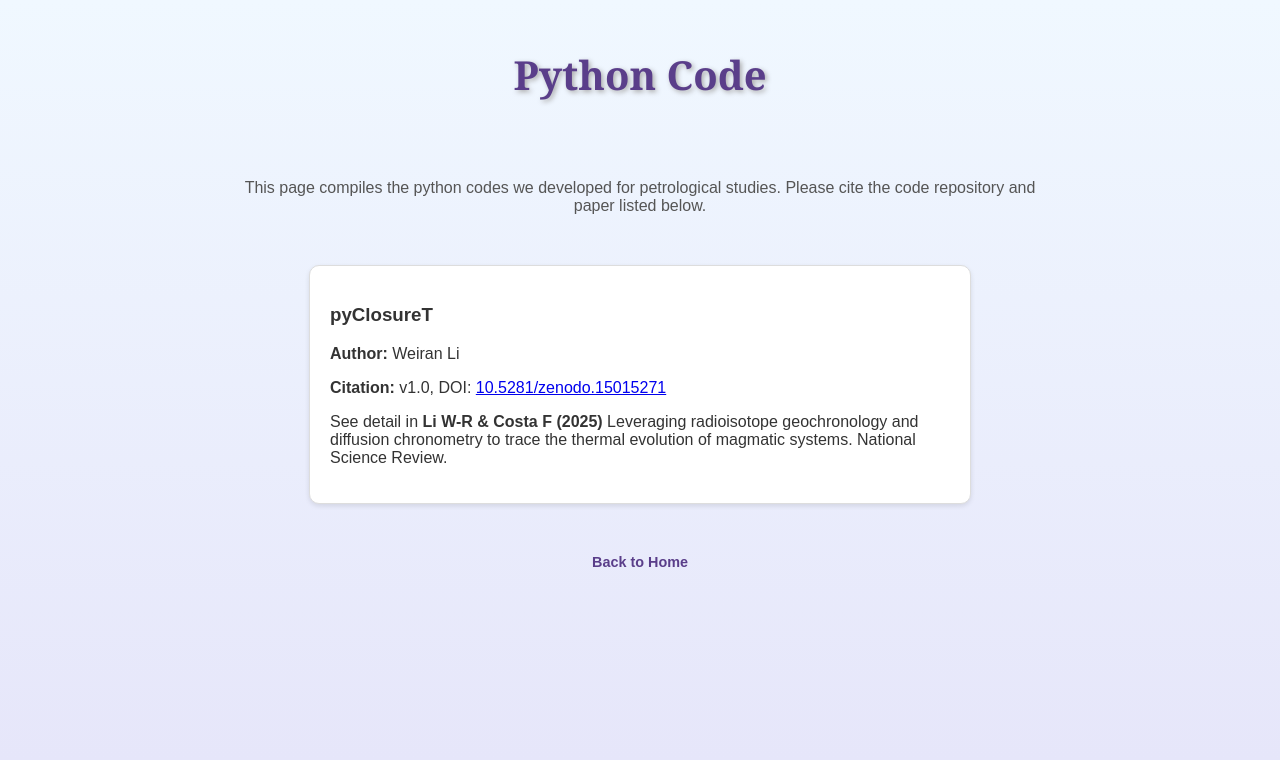
Repository: Abyss2019/home_page
Page: python-code/index.html
These files come from the project's save history. The page is drawn as it stood at one moment and after a run of saves; the edit follows.
The browser window is 1280 px wide. The pictures show the whole page.

Above is the page before, as saved 2025-04-06 10:16:12.

### python-code/index.html
<!DOCTYPE html>
<html lang="en">
<head>
  <meta charset="UTF-8">
  <meta name="viewport" content="width=device-width, initial-scale=1.0">
  <title>Python Code - VROCKLAB</title>
  <style>
    body {
      font-family: Arial, sans-serif;
      margin: 0;
      padding: 0;
      background: linear-gradient(to bottom, #f0f8ff, #e6e6fa);
      color: #333;
      display: flex;
      flex-direction: column;
      align-items: center;
      padding: 20px;
      min-height: 100vh;
    }

    header {
      text-align: center;
      margin-bottom: 30px;
    }

    header h1 {
      font-size: 2.5em;
      font-family: 'Georgia', serif;
      text-shadow: 2px 2px 5px #aaa;
      color: #5a3e8a;
    }

    header h2 {
      font-size: 1.2em;
      margin-top: 5px;
      color: #555;
    }

    .intro, .content {
      font-size: 1em;
      margin: 20px 0;
      text-align: center;
      color: #555;
      max-width: 800px;
    }

    .citation-container {
      display: flex;
      flex-direction: column;
      align-items: center;
      margin-top: 20px;
      width: 50%;
    }

    .citation-card {
      background-color: #fff;
      border: 1px solid #ddd;
      border-radius: 10px;
      padding: 20px;
      margin: 10px 0;
      width: 100%;
      box-shadow: 0 2px 5px rgba(0, 0, 0, 0.1);
    }



    footer {
      margin-top: 40px;
      font-size: 0.9em;
      color: #666;
      text-align: center;
    }

    footer a {
      color: #5a3e8a;
      text-decoration: none;
      font-weight: bold;
    }

    footer a:hover {
      text-decoration: underline;
    }
  </style>
</head>
<body>
  <header>
    <h1>Python Code</h1>
    <!-- <h2>Compiled Python Codes for Petrological Studies</h2> -->
  </header>

  <div class="intro">
    This page compiles the python codes we developed for petrological studies. Please cite the code repository and paper listed below.
  </div>


  <div class="citation-container">
  <div class="citation-card">
    <h3>pyClosureT</h3>
    <p><strong>Author:</strong> Weiran Li</p>
    <p><strong>Citation:</strong> v1.0, DOI: <a href="https://doi.org/10.5281/zenodo.15015271" target="_blank">10.5281/zenodo.15015271</a></p>
    <p>See detail in <strong>Li W-R &amp; Costa F (2025)</strong> Leveraging radioisotope geochronology and diffusion chronometry to trace the thermal evolution of magmatic systems. National Science Review.</p>
  </div>
  <!-- 以后可以在这里添加更多引用卡片 -->
  <!--
  <div class="citation-card">
    <h3>其他引用标题</h3>
    <p><strong>Author:</strong> ...</p>
    <p><strong>Citation:</strong> ...</p>
    <p>...</p>
  </div>
  -->
  </div>

  <footer>
    <a href="https://vrocklab.hku.hk/">Back to Home</a>
  </footer>
</body>
</html>

After the next 2 saves:
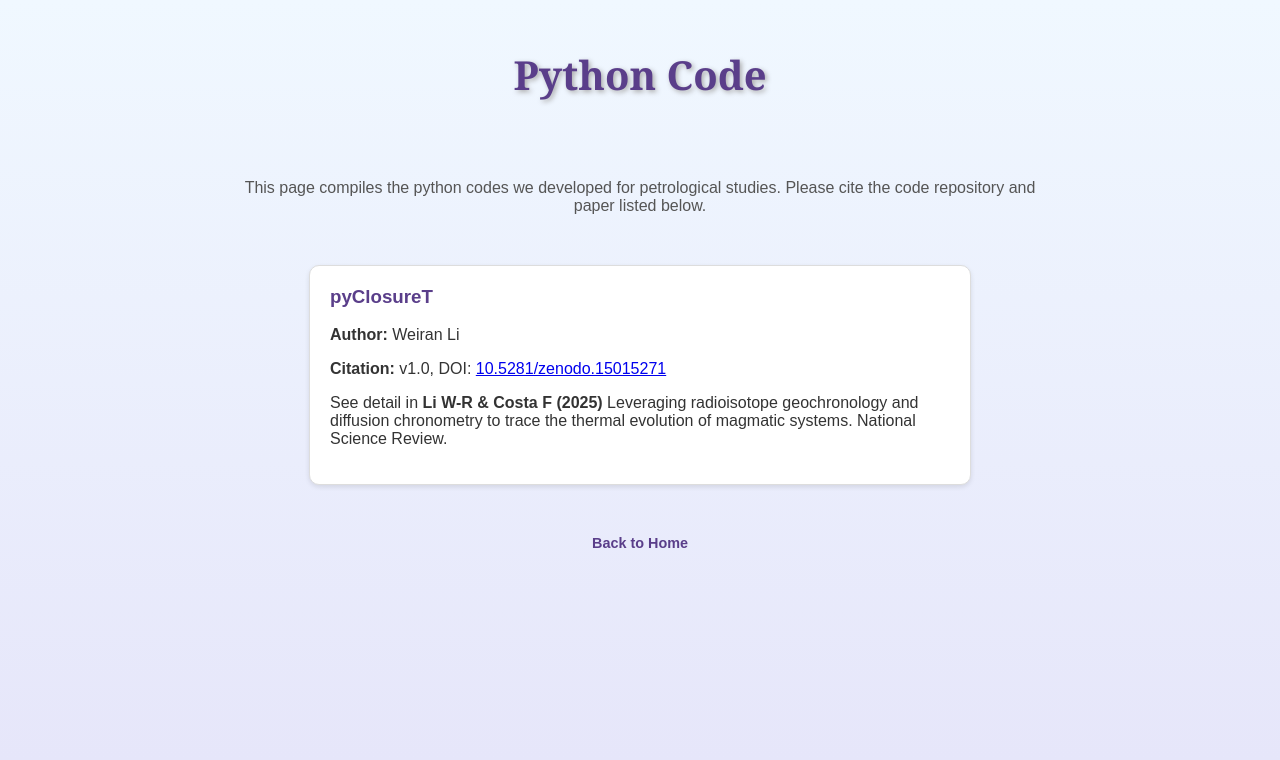
The 2 saves are shown as one change because they came seconds apart.
The last was saved 19 s later.
--- a/python-code/index.html
+++ b/python-code/index.html
@@ -62,6 +62,11 @@
       box-shadow: 0 2px 5px rgba(0, 0, 0, 0.1);
     }
 
+    .citation-card h3 {
+      margin-top: 0;
+      color: #5a3e8a;
+    }
+
 
 
     footer {
